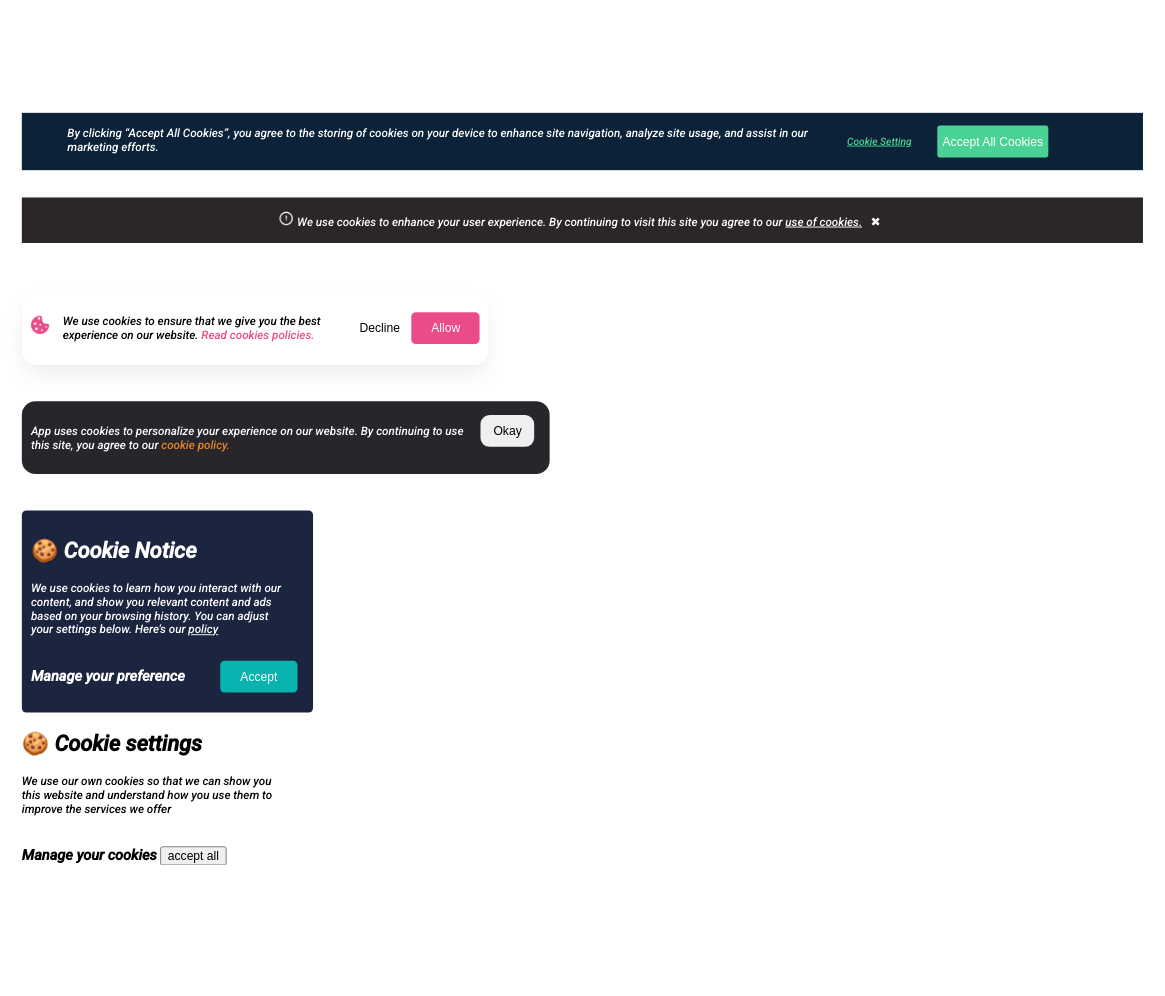
Repository: batonAnton/cursor_cookies_lectr3
Page: index.html
These files come from the project's save history. The page is drawn as it stood at one moment and after the next save; the edit follows.
The browser window is 1280 px wide. The pictures show the whole page, at 91% of full size.

Above is the page before, as saved 2022-06-01 14:21:15.

### index.html
<!DOCTYPE html>
<html lang="en">
<head>
    <meta charset="UTF-8">
    <meta http-equiv="X-UA-Compatible" content="IE=edge">
    <meta name="viewport" content="width=device-width, initial-scale=1.0">
    <link rel="preconnect" href="https://fonts.googleapis.com">
    <link rel="preconnect" href="https://fonts.gstatic.com" crossorigin>
    <link href="https://fonts.googleapis.com/css2?family=Roboto:ital,wght@1,500&display=swap" rel="stylesheet">
    <link rel="stylesheet" href="/css/style.css">
    <title>Cookie Banner</title>
</head>
<body>
    <div class="container">
        <div class="banner_1">
            <p>By clicking “Accept All Cookies”, you agree to the storing of cookies on your device to enhance site navigation, analyze site usage, and assist in our <br> marketing efforts.</p>
            <a href="#">cookie setting</a>
            <button>accept all cookies</button>
        </div>

        <div class="banner_2">
            <p> <img src="/images/exclamation mark.png" alt="mark"> We use cookies to enhance your user experience. By continuing to visit this site you agree to our <span class="under_span">use of cookies.</span>
                <button><span>&#10006</span></button>
            </div></p>
        </div>

        <div class="banner_3">
            <img src="/images/pink_cookies.png" alt="img cookies">
            <p>We use cookies to ensure that we give you the best <br> experience on our website. <a href="#">Read cookies policies.</a> </p>
            <button class="false_btn">decline</button>
            <button class="true_btn">allow</button>
        </div>

        <div class="banner_4">
            <p>App uses cookies to personalize your experience on our website. By continuing to use <br> this site, you agree to our  <a href="#">cookie policy.</a></p>
            <button>okay</button>
        </div>

        <div class="banner_5">
            <h2>🍪 Cookie Notice</h2>
            <p>We use cookies to learn how you interact with our <br> content, and show you relevant content and ads <br> based on your browsing history. You can adjust <br> your settings below. Here’s our <a href="#">policy</a></p>
            <h4>Manage your preference </h4>
            <button>accept</button>
        </div>

        <div class="banner_6">
            <h2>🍪 Cookie settings</h2>
            <p>We use our own cookies so that we can show you <br> this website and understand how you use them to <br> improve the services we offer</p>
            <h4>Manage your cookies </h4>
            <button>accept all</button>
        </div>
    </div>
</body>
</html>

### css/style.css
body {
  margin: 124px 24px;
  font-family: "Roboto", sans-serif;
}
p {
  font-size: 0.8rem;
}

.banner_1 {
  width: 100%;
  display: inline-flex;
  background-color: #0b2239;
}

.banner_1 p {
  color: #ffffff;
  margin: 15px 15px 15px 50px;
}

.banner_1 a {
  color: #4ad295;
  margin: 25px 28px;
  font-size: 0.7rem;
  text-transform: capitalize;
}

.banner_1 button {
  color: #ffffff;
  background-color: #4ad295;
  margin: 14px 50px 0px 0px;
  height: 35px;
  text-transform: capitalize;
  border-radius: 3px;
  border: none;
  cursor: pointer;
}

.banner_2 {
  width: 100%;
  margin-top: 30px;
  background-color: #2b2627;
  display: inline-flex;
}

.banner_2 p {
  color: #ffffff;
  margin: 15px auto;
}

.banner_2 button {
  border: none;
  color: #ffffff;
  background-color: #2b2627;
}

.under_span {
  text-decoration: underline;
}

.banner_3 {
  display: inline-flex;
  margin-top: 40px;
  margin-bottom: 40px;
  border-radius: 15px;
  padding: 10px;
  background: #ffffff;
  box-shadow: 0px 12px 24px -6px rgba(96, 96, 96, 0.15),
    0px 0px 1px rgba(96, 96, 96, 0.1);
}

.banner_3 p {
  margin: 15px;
}

.banner_3 img {
  height: 20px;
  margin-top: 17px;
}

.banner_3 a {
  color: #ea4c89;
  text-decoration: none;
}

.false_btn {
  background-color: white;
  border: none;
  text-transform: capitalize;
  margin: 13px 0 13px 15px;
  height: 35px;
  width: 70px;
  cursor: pointer;
}

.true_btn {
  background-color: #ea4c89;
  border: none;
  border-radius: 5px;
  text-transform: capitalize;
  margin: 13px 0 13px 0px;
  height: 35px;
  width: 75px;
  color: #ffffff;
  cursor: pointer;
}

.banner_4 {
  background-color: #26262b;
  color: #ffffff;
  border-radius: 15px;
  padding: 10px;
  display: block;
  width: 560px;
  margin-bottom: 40px;
}

.banner_4 p {
  margin: 15px auto;
  display: inline-flex;
}

.banner_4 a {
  display: contents;
  color: #e6842e;
}

.banner_4 button {
  margin-left: 15px;
  border-radius: 10px;
  width: 59px;
  height: 35px;
  text-transform: capitalize;
  border: none;
}

.banner_5 {
  width: 300px;
  background-color: #1c2540;
  color: #ffffff;
  padding: 10px;
  border-radius: 5px;
}

.banner_5 a {
  color: #ffffff;
}

h4 {
  display: inline-flex;
}

.banner_5 button {
  background-color: #09b3af;
  border-radius: 5px;
  border: none;
  margin-left: 35px;
  text-transform: capitalize;
  height: 35px;
  width: 85px;
  color: #ffffff;
}

After the next save:
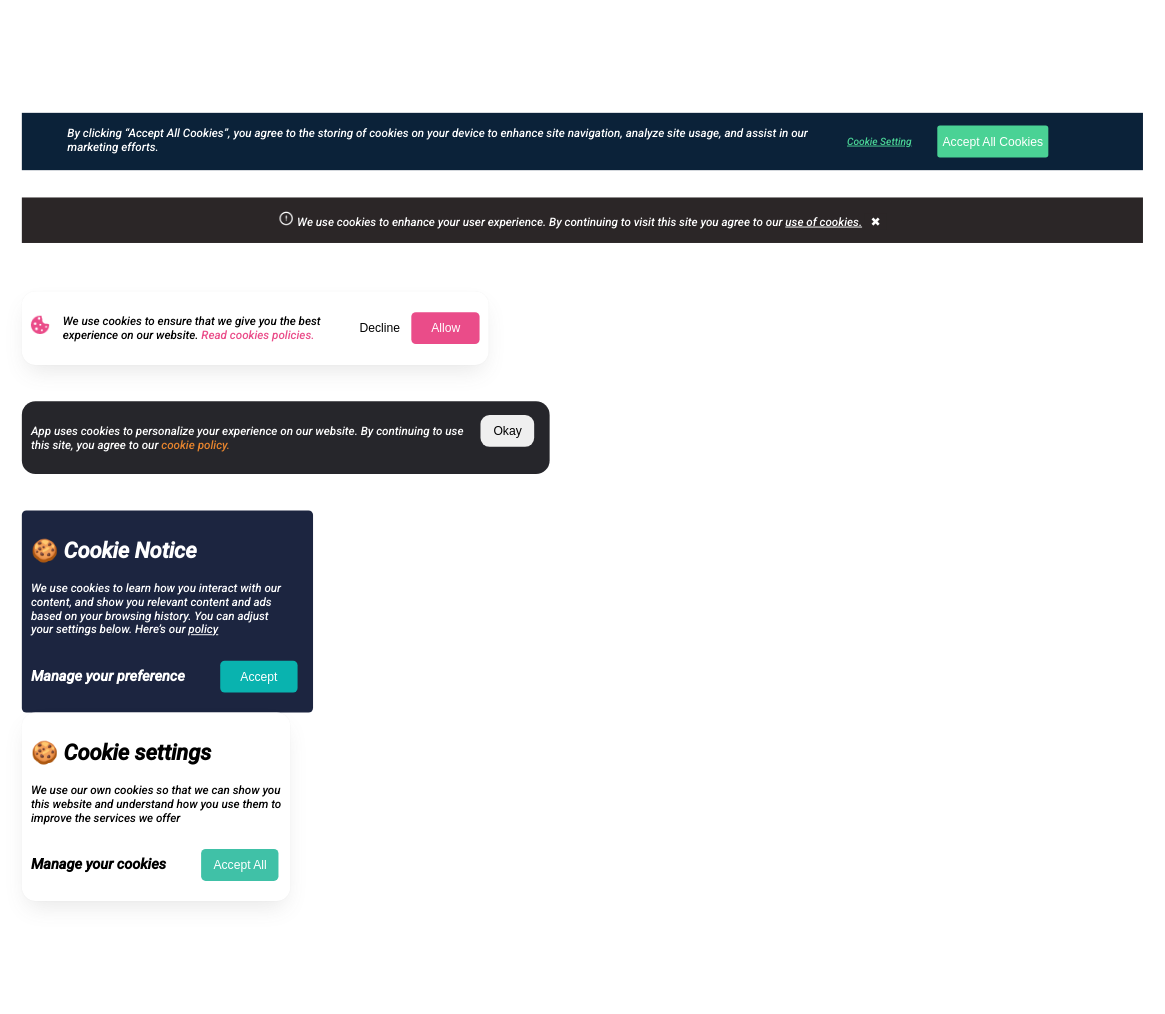
Saved 104 s later.
--- a/css/style.css
+++ b/css/style.css
@@ -159,3 +159,23 @@ h4 {
   width: 85px;
   color: #ffffff;
 }
+
+.banner_6 {
+  border-radius: 15px;
+  padding: 10px;
+  background: #ffffff;
+  box-shadow: 0px 12px 24px -6px rgba(96, 96, 96, 0.15),
+    0px 0px 1px rgba(96, 96, 96, 0.1);
+  display: inline-block;
+}
+
+.banner_6 button{
+    background-color: #40C1A7;
+  border-radius: 5px;
+  border: none;
+  margin-left: 35px;
+  text-transform: capitalize;
+  height: 35px;
+  width: 85px;
+  color: #ffffff;
+}
